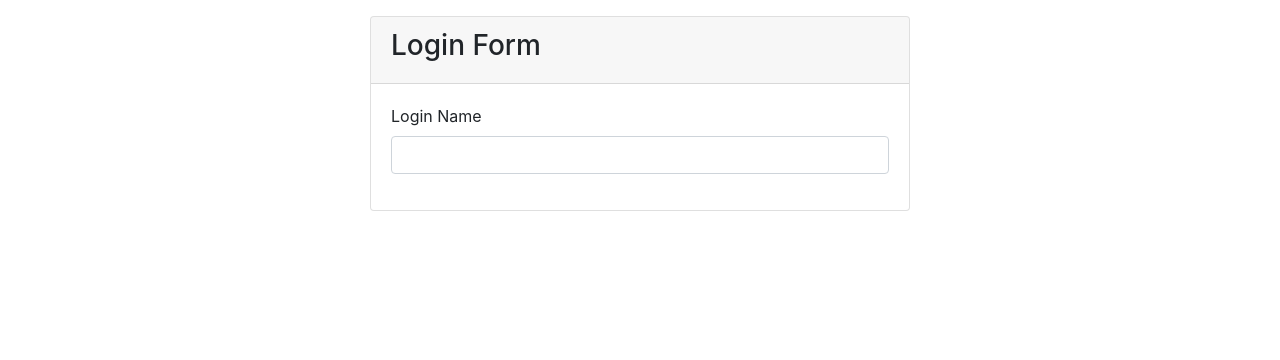
Repository: HsuMon123/Testing-Java-EE
Page: http://localhost/02-hello-servlet/
An editor plug-in stored every save of this project. The page is shown before and after the next save, followed by the edit.
The browser window is 1280 px wide. The pictures show the whole page.
The page is served by Tomcat 9.

Above is the page before, as saved 2020-12-15 07:14:45.

After the next save:
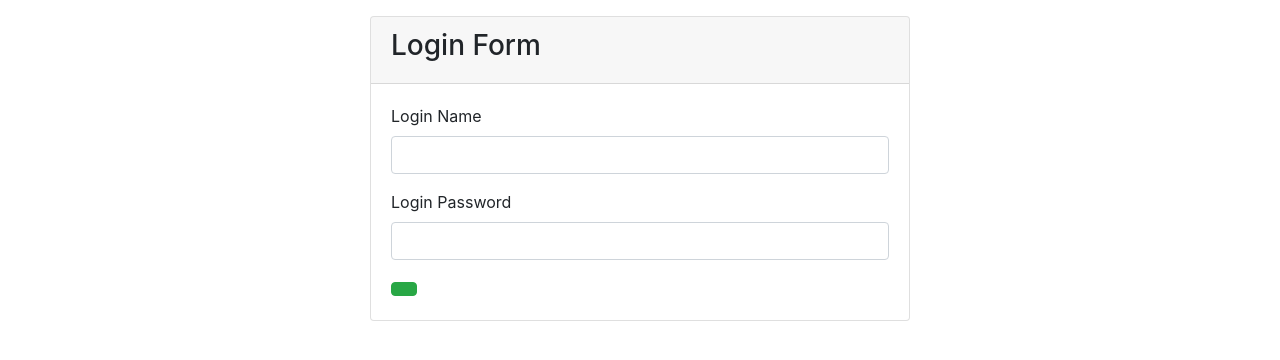
Saved 4 min 14 s later.
--- a/02-hello-servlet/src/main/webapp/index.jsp
+++ b/02-hello-servlet/src/main/webapp/index.jsp
@@ -24,6 +24,11 @@
 							<label for="">Login Name</label>
 							<input type="text" name="uname" class="form-control" />
 						</div>
+						<div class="form-group">
+							<label for="">Login Password</label>
+							<input type="password" name="upass" class="form-control" />
+						</div>
+						<button type="submit" class="btn btn-success"></button>
 					</form>
 				</div>
 			</div>
